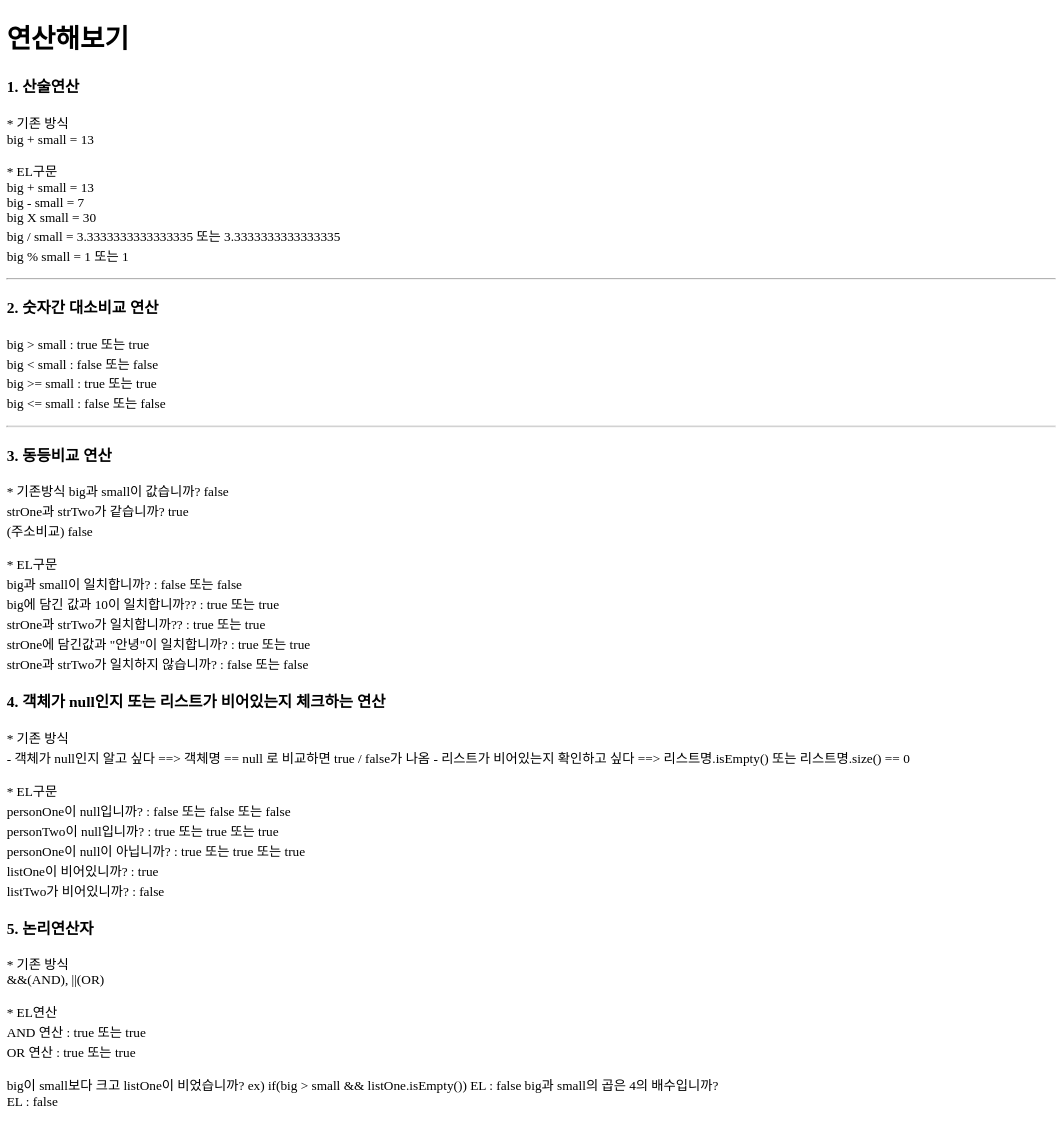
Repository: judeyong/myWebWorkSpace2
Page: http://localhost/Action_Project/operation.do
The author's editor kept a copy of each file at every save. The page is drawn from the files as they stood at one save, then again after the next save.
The browser window is 1280 px wide. The pictures show the whole page, at 83% of full size.
The page is served by Tomcat 9. Other server files are loaded and not shown.

Above is the page before, as saved 2024-04-04 00:01:33.

### Action_Project/WebContent/views/02_elOperation.jsp
<%@ page language="java" contentType="text/html; charset=UTF-8"
    pageEncoding="UTF-8"%>
<!DOCTYPE html>
<html>
<head>
<meta charset="UTF-8">
<title>Insert title here</title>
</head>
<body>

	<h1>연산해보기</h1>
	<h3>1. 산술연산</h3>

	<p>
		* 기존 방식 <br>
		big + small = <%= (int)request.getAttribute("big") + (int)request.getAttribute("small") %>
	</p>

	<p>
		* EL구문<br>
		big + small = ${ big + small } <br>
		big - small = ${ big - small } <br>
		big X small = ${ big * small } <br>
		big / small = ${ big / small } 또는 ${ big div small }<br>
		big % small = ${ big % small } 또는 ${ big mod small }<br>
	</p>

	<hr>

	<h3>2. 숫자간 대소비교 연산</h3>

	<p>
		big &gt; small : ${ big > small } 또는 ${ big gt small } <br>
		big &lt; small : ${ big < small } 또는 ${ gib lt small } <br>
		big &gt;= small : ${ big >= small } 또는 ${ big ge small } <br>
		big &lt;= small : ${ big <= small } 또는 ${ big le small } <br>
	</p>

	<hr>

	<h3>3. 동등비교 연산</h3>

	<p>
		* 기존방식
		big과 small이 값습니까?
		<%= (int)request.getAttribute("big") == (int)request.getAttribute("small") %> <br>
		strOne과 strTwo가 같습니까?
		<%= ((String)request.getAttribute("strOne")).equals((String)request.getAttribute("strTwo")) %> <br>
		(주소비교)
		<%= (String)request.getAttribute("strOne") == (String)request.getAttribute("strTwo") %> <br>
	</p>

	<p>
		* EL구문 <br>
		big과 small이 일치합니까? : ${ big == small } 또는 ${ big eq small }<br>
		big에 담긴 값과 10이 일치합니까??  : ${ big == 10 } 또는 ${ big eq 10 }<br>
		strOne과 strTwo가 일치합니까?? : ${ strOne == strTwo } 또는 ${ strOne eq strTwo } <br>
		<!-- EL에서의 문자열의 == 비교는 자바에서의 equals() 와 같은 동작을 함 -->
		strOne에 담긴값과 "안녕"이 일치합니까? : ${ strOne == "안녕" } 또는 ${ strOne == '안녕' } <br>
		<!-- EL에서의 문자열 리터럴 비교 시 쌍따옴표 / 홑따옴표 둘다 사용 가능 -->
		strOne과 strTwo가 일치하지 않습니까? : ${ strOne != strTwo } 또는 ${ strOne ne strTwo } <br>
		<!-- ne : not equals -->
	</p>

	<h3>4. 객체가 null인지 또는 리스트가 비어있는지 체크하는 연산</h3>

	<p>
		* 기존 방식 <br>
		- 객체가 null인지 알고 싶다 ==> 객체명 == null 로 비교하면 true / false가 나옴
		- 리스트가 비어있는지 확인하고 싶다 ==> 리스트명.isEmpty() 또는 리스트명.size() == 0
	</p>

	<p>
		* EL구문 <br>
		personOne이 null입니까? : ${ personOne == null } 또는 ${ personOne eq null } 또는 ${ empty personOne } <br>
		personTwo이 null입니까? : ${ personTwo == null } 또는 ${ personTwo eq null } 또는 ${ empty personTwo } <br>
		personOne이  null이 아닙니까? : ${ !empty personOne} 또는 ${ personOne != null } 또는 ${ personOne ne null } <br>

		listOne이 비어있니까? : ${ empty listOne } <br>
		listTwo가 비어있니까? : ${ empty listTwo } <br>
	</p>

	<h3>5. 논리연산자</h3>

	<p>
		* 기존 방식 <br>
		&&(AND), ||(OR)
	</p>

	<p>
		* EL연산 <br>
		AND 연산 : ${ true && true } 또는 ${ true and true }<br>
		 OR 연산 : ${ true || true } 또는 ${ true or false }<br>
	</p>

	<p>
		big이 small보다 크고 listOne이 비었습니까?
		ex) if(big > small && listOne.isEmpty())

		EL : ${ (big eq small) and (empty listOne) }

		big과 small의 곱은 4의 배수입니까? <br>

		EL : ${ ((big * small) mod 4)  eq 0} <br>

	</p>



















</body>
</html>

### Action_Project/src/com/kh/controller/OperationServlet.java
package com.kh.controller;

import java.io.IOException;
import java.util.ArrayList;

import javax.servlet.ServletException;
import javax.servlet.annotation.WebServlet;
import javax.servlet.http.HttpServlet;
import javax.servlet.http.HttpServletRequest;
import javax.servlet.http.HttpServletResponse;

import com.kh.model.vo.Person;

/**
 * Servlet implementation class OperationServlet
 */
@WebServlet("/operation.do")
public class OperationServlet extends HttpServlet {
	private static final long serialVersionUID = 1L;

    /**
     * @see HttpServlet#HttpServlet()
     */
    public OperationServlet() {
        super();
        // TODO Auto-generated constructor stub
    }

	/**
	 * @see HttpServlet#doGet(HttpServletRequest request, HttpServletResponse response)
	 */
	protected void doGet(HttpServletRequest request, HttpServletResponse response) throws ServletException, IOException {

		// 테스트 할 수 있는 값 넘기기
		request.setAttribute("big", 10);
		request.setAttribute("small", 3);

		request.setAttribute("strOne", "안녕");
		request.setAttribute("strTwo", new String("안녕"));

		request.setAttribute("personOne", new Person("홍길동", 15, "한양"));
		request.setAttribute("personTwo", null);

		ArrayList<String> list1 = new ArrayList();
		request.setAttribute("listOne", list1);

		ArrayList<String> list2 = new ArrayList();
		list2.add("ㅎㅇ");
		request.setAttribute("listTwo", list2);

		// 일단 여기까지 requestScope에 총 8개의 값을 담았음
		request.getRequestDispatcher("views/02_elOperation.jsp").forward(request, response);

	}

	/**
	 * @see HttpServlet#doPost(HttpServletRequest request, HttpServletResponse response)
	 */
	protected void doPost(HttpServletRequest request, HttpServletResponse response) throws ServletException, IOException {
		// TODO Auto-generated method stub
		doGet(request, response);
	}

}

### Action_Project/src/com/kh/model/vo/Person.java
package com.kh.model.vo;

public class Person {

	private String name;
	private int age;
	private String address;

	public Person() {
		super();
	}

	public Person(String name, int age, String address) {
		super();
		this.name = name;
		this.age = age;
		this.address = address;
	}

	public String getName() {
		return name;
	}

	public void setName(String name) {
		this.name = name;
	}

	public int getAge() {
		return age;
	}

	public void setAge(int age) {
		this.age = age;
	}

	public String getAddress() {
		return address;
	}

	public void setAddress(String address) {
		this.address = address;
	}

	@Override
	public String toString() {
		return "Person [name=" + name + ", age=" + age + ", address=" + address + "]";
	}

}

After the next save:
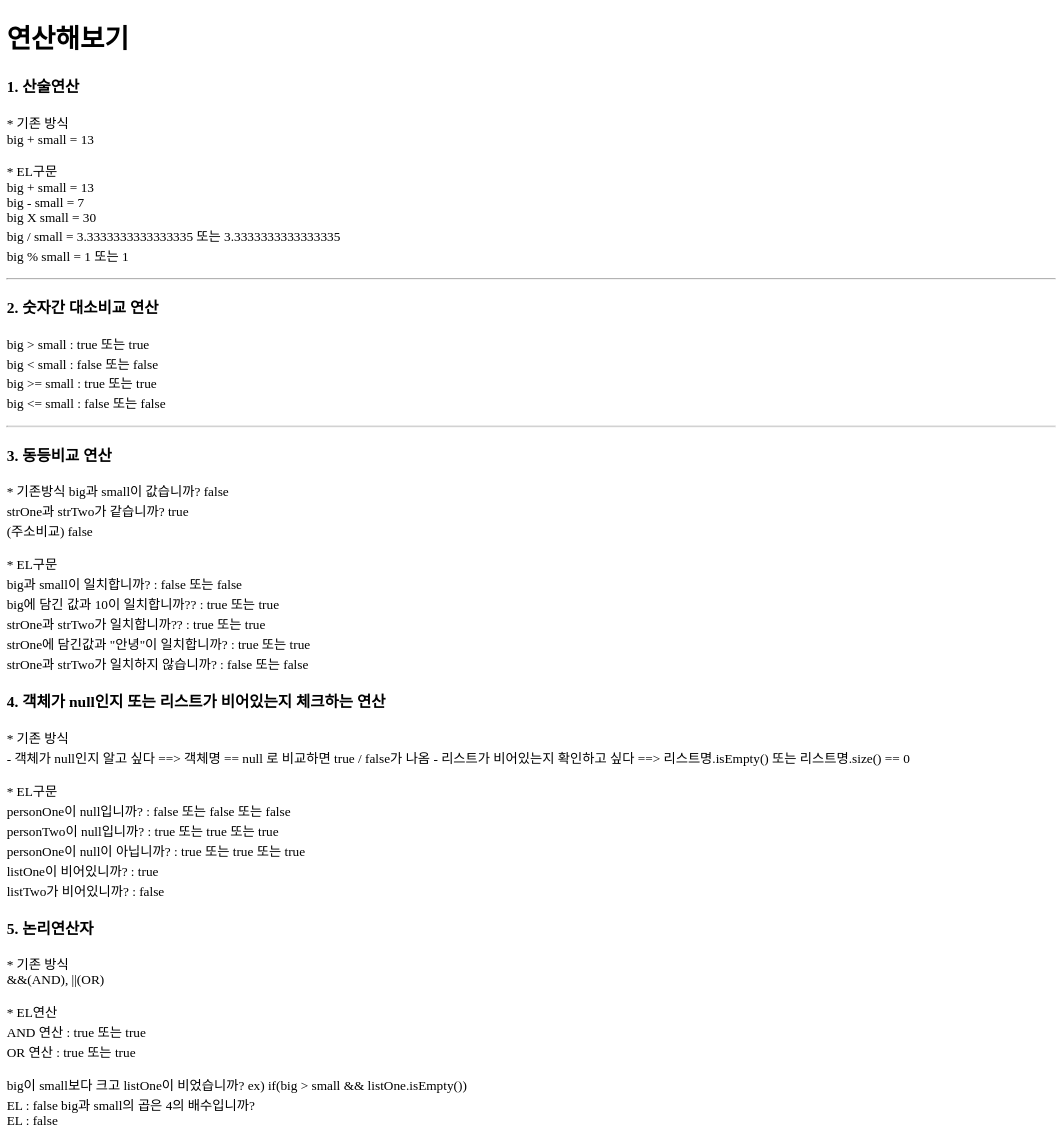
Saved 65 s later.
--- a/Action_Project/WebContent/views/02_elOperation.jsp
+++ b/Action_Project/WebContent/views/02_elOperation.jsp
@@ -95,7 +95,7 @@
 
 	<p>
 		big이 small보다 크고 listOne이 비었습니까?
-		ex) if(big > small && listOne.isEmpty())
+		ex) if(big > small && listOne.isEmpty())<br>
 
 		EL : ${ (big eq small) and (empty listOne) }
 
